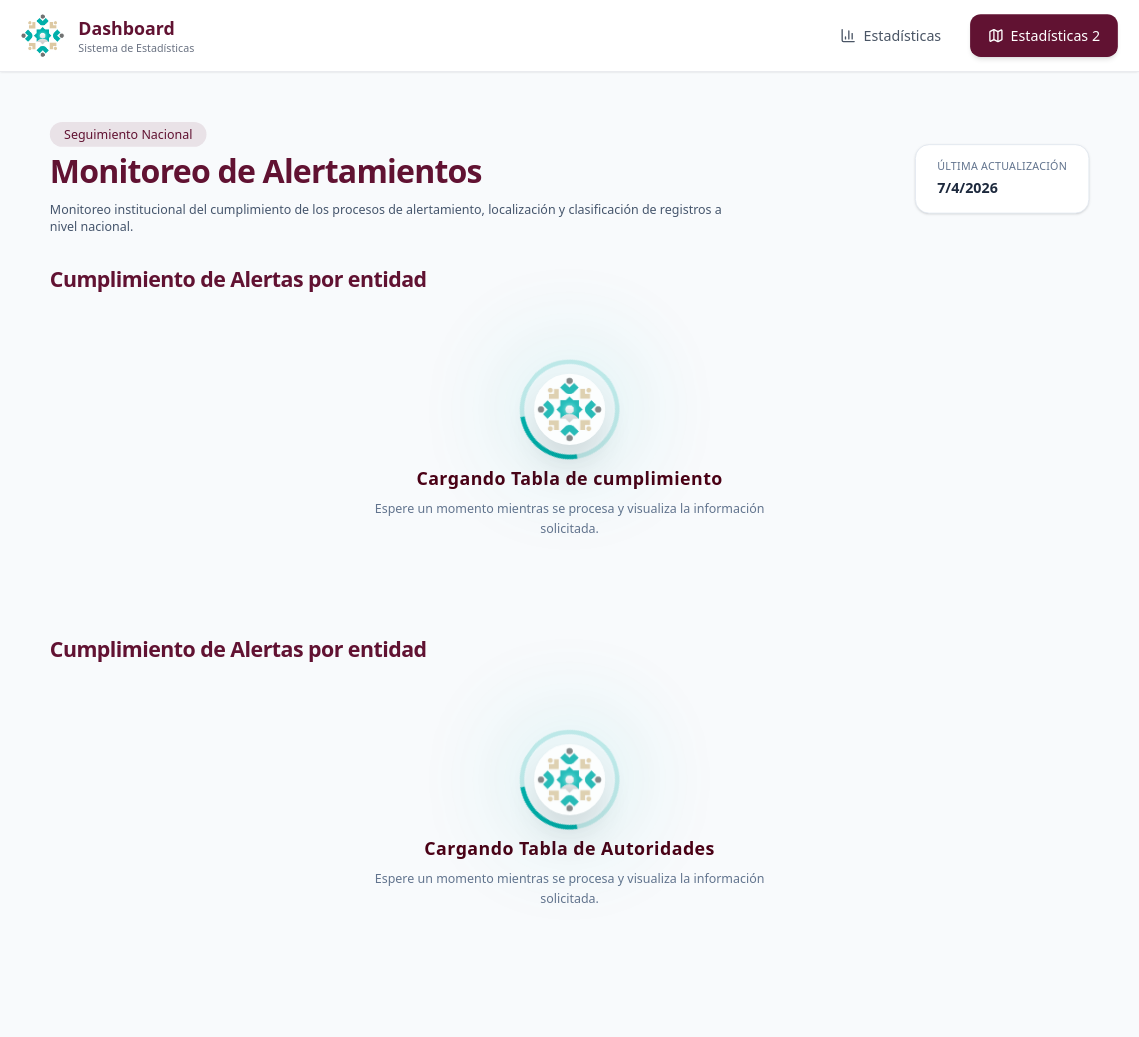
Repository: jesus890/semaforo-cinepolis
Page: /estadisticas-2
The author's editor kept a copy of each file at every save. The page is drawn from the files as they stood at one save, then again after the next save.
The browser window is 1280 px wide. The pictures show the whole page, at 89% of full size.
The page's requests for data from a server got no answer. The project was rebuilt for these pictures with package versions that can differ from the ones it lists, and the page was loaded fresh each time. No one was signed in, and anything a server would have sent is missing. Also part of the build but not shown: vite.config.ts, src/components/Dashboard/Skeleton/SkeletonChart.tsx, src/components/Dashboard/matriz/AlertaMatriz.tsx, src/constants/colors.ts, src/components/Dashboard/charts/EdadChart.tsx, src/components/Dashboard/charts/EnfoqueChart.tsx, src/components/Dashboard/charts/SexoChart.tsx, src/pages/EstadisticaPage.tsx and 2 more.

Above is the page before, as saved 2026-06-05 16:24:25.

After the next save:
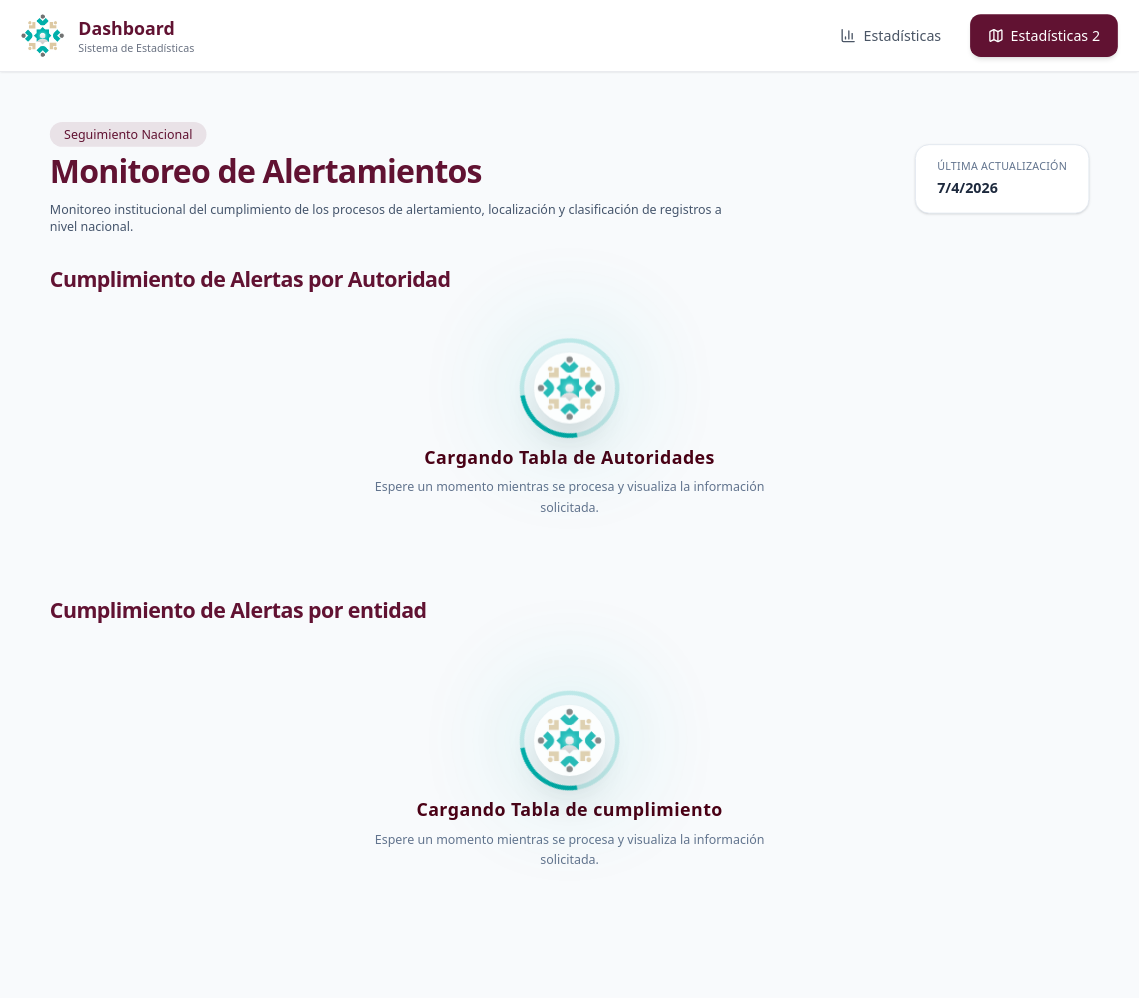
Saved 28 min 44 s later.
--- a/src/pages/EstadisticasDosPage.tsx
+++ b/src/pages/EstadisticasDosPage.tsx
@@ -99,6 +99,24 @@ export default function EstadisticasDosPage() {
 
                 </div>
 
+                <div>
+
+                    <h1 className="text-2xl font-bold tracking-tight text-[#611232] mb-6l">
+                        Cumplimiento de Alertas por Autoridad
+                    </h1>
+
+                    {
+                        loadingTableAutoridades ? (
+                            <LoaderStyled text="Cargando Tabla de Autoridades" />
+                        ) : (
+                            <>
+                                <AutoridadesTable rows={dataAutoridades} /* onEstadoClick={handleEstadoClick} */ />
+                            </>
+
+                        )
+                    }
+                </div>
+
                 <div className="my-5 space-y-10">
                     <div>
                         <h1 className="text-2xl font-bold tracking-tight text-[#611232] mb-6">
@@ -117,24 +135,6 @@ export default function EstadisticasDosPage() {
                         }
 
                     </div>
-
-                    <div>
-
-                        <h1 className="text-2xl font-bold tracking-tight text-[#611232] mb-6">
-                            Cumplimiento de Alertas por entidad
-                        </h1>
-
-                        {
-                            loadingTableAutoridades ? (
-                                <LoaderStyled text="Cargando Tabla de Autoridades" />
-                            ) : (
-                                <>
-                                    <AutoridadesTable rows={dataAutoridades} /* onEstadoClick={handleEstadoClick} */ />
-                                </>
-
-                            )
-                        }
-                    </div>
                 </div>
 
             </div>
